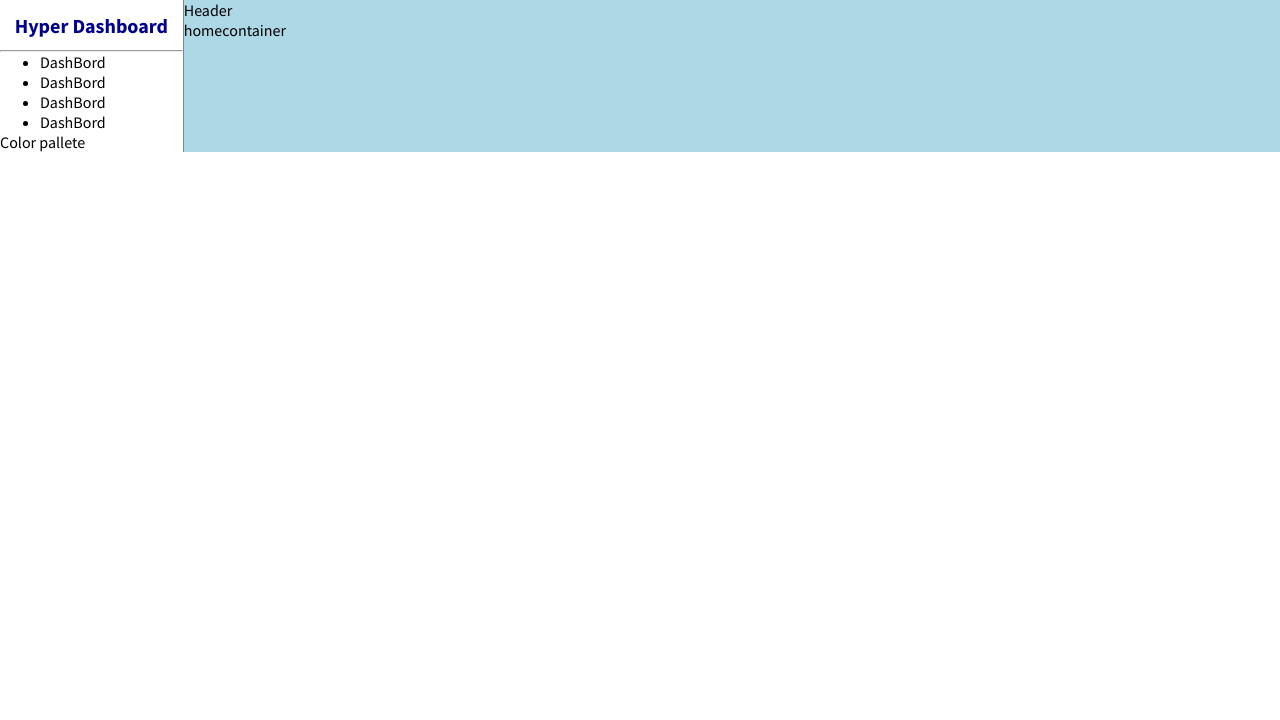
Repository: kenyi-mic/DashBoard
Page: /
The author's editor kept a copy of each file at every save. The page is drawn from the files as they stood at one save, then again after the next save.
The browser window is 1280 px wide. The pictures show the whole page.
The project was rebuilt for these pictures with package versions that can differ from the ones it lists, and the page was loaded fresh each time. Also part of the build but not shown: src/components/Header/header.scss, src/pages/list/List.jsx. Imported but missing from the stored project, and not drawn on this page: src/pages/login/Login, src/pages/new/New, src/pages/single/Single.

Above is the page before, as saved 2022-05-17 10:20:30.

### public/index.html
<!DOCTYPE html>
<html lang="en">

<head>
  <meta charset="utf-8" />
  <meta name="viewport" content="width=device-width, initial-scale=1" />
  <meta name="theme-color" content="#000000" />
  <meta name="description" content="Web site created using create-react-app" />
  <link rel="preconnect" href="https://fonts.googleapis.com">
  <link rel="preconnect" href="https://fonts.gstatic.com" crossorigin>
  <link
    href="https://fonts.googleapis.com/css2?family=Nunito:wght@200;300;400;500;600;700;800;900&family=Source+Sans+Pro:wght@200;300;400;600;700;900&display=swap"
    rel="stylesheet">
  <title>Hyper Dashboard</title>
  <style>
    * {
      margin: 0;
      font-family: 'Nunito', sans-serif;
      font-family: 'Source Sans Pro', sans-serif;
    }
  </style>
</head>

<body>
  <div id="root"></div>

</body>

</html>

### src/App.js
import { BrowserRouter, Routes, Route } from "react-router-dom";
import Home from "./pages/home/Home";
import Login from "./pages/login/Login";
import List from "./pages/list/List";
import Single from "./pages/single/Single";
import New from "./pages/new/New";

function App() {
  return (
    <div className="App">
      <BrowserRouter>
        <Routes>
          <Route path="/">
            <Route index element={<Home />} />
            <Route path="login" element={<Login />} />
            <Route path="users">
              <Route index element={<List />} />
              <Route path=":userId" element={<Single />} />
              <Route path="new" element={<New />} />
            </Route>
            <Route path="products">
              <Route index element={<List />} />
              <Route path=":productId" element={<Single />} />
              <Route path="new" element={<New />} />
            </Route>
          </Route>
        </Routes>
      </BrowserRouter>
    </div>
  );
}

export default App;

### src/pages/home/Home.jsx
import React from "react";
import Header from "../../components/Header/Header";
import Sidebar from "../../components/sidebar/Sidebar";
import "./home.scss";

function Home() {
  return (
    <div className="home">
      <Sidebar />
      <div className="homeContainer">
        <Header />
        homecontainer
      </div>
    </div>
  );
}

export default Home;

### src/components/Header/Header.jsx
import React from 'react'
import './header.scss'

function Header() {
  return (
    <div className="header">Header</div>
  )
}

export default Header

### src/components/sidebar/Sidebar.jsx
import React from 'react'
import './sidebar.scss'

function Sidebar() {
  return (
    <div className="sidebar">
        <div className="top">
            <span className="logo">Hyper Dashboard</span>

        </div>
        <hr className="ruler"/>
        <div className="center">
            <ul className="list-group">
                <li className="list">DashBord</li>
                <li className="list">DashBord</li>
                <li className="list">DashBord</li>
                <li className="list">DashBord</li>
            </ul>
        </div>
        <div className="bottom">
            Color pallete
        </div>
    </div>
  )
}

export default Sidebar

### src/pages/home/home.scss
.home{
    display: flex;
    .homeContainer{
        background-color: lightblue;
        flex:6;
    }
}

### src/components/sidebar/sidebar.scss
.sidebar{
    flex: 1;
    border-right: 0.5px solid lightslategray;
    .top{
        height:50px;
        display: flex;
        align-items: center;
        justify-content: center;
        .logo{
            font-size: 20px;
            font-weight: bold;
            color: darkblue;
        }
    }
}

Loaded but not shown: src/index.js (common file); src/pages/list/list.scss (no stored copy; drawn as an empty file)

After the next save:
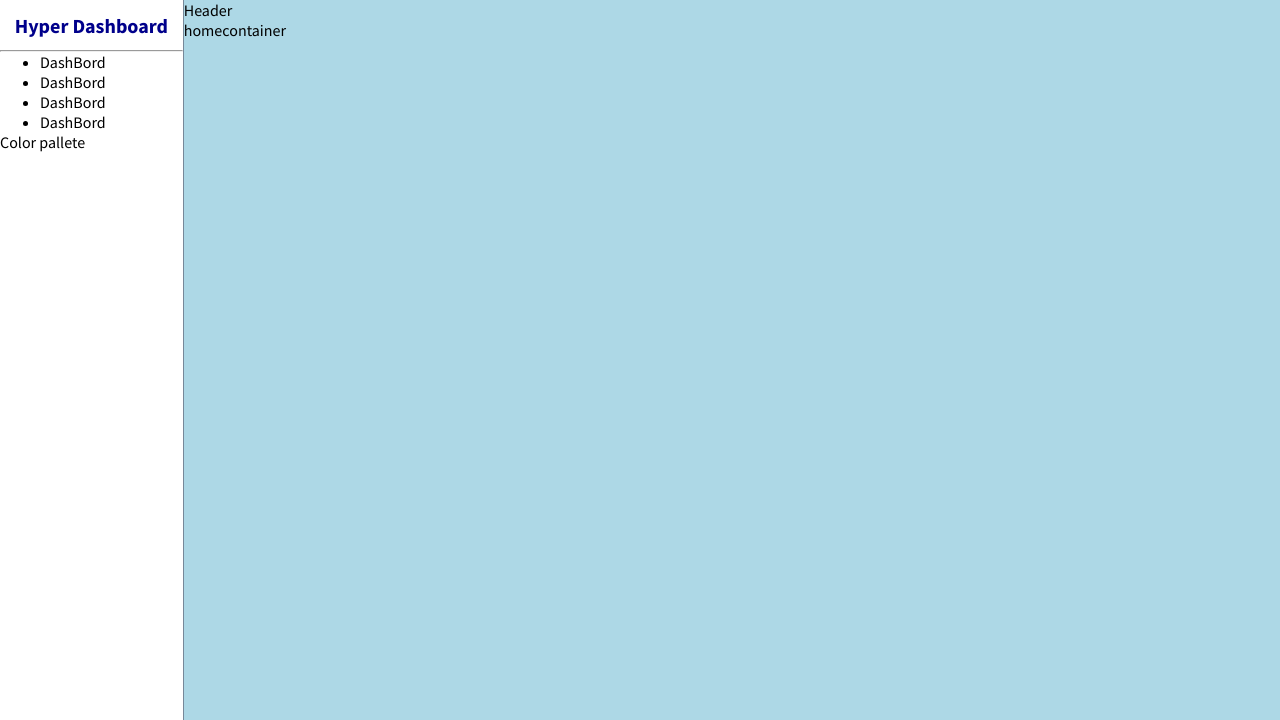
Saved 32 s later.
--- a/src/components/sidebar/sidebar.scss
+++ b/src/components/sidebar/sidebar.scss
@@ -1,6 +1,8 @@
 .sidebar{
     flex: 1;
     border-right: 0.5px solid lightslategray;
+    min-height: 100vh;
+    background-color:white !important;
     .top{
         height:50px;
         display: flex;
